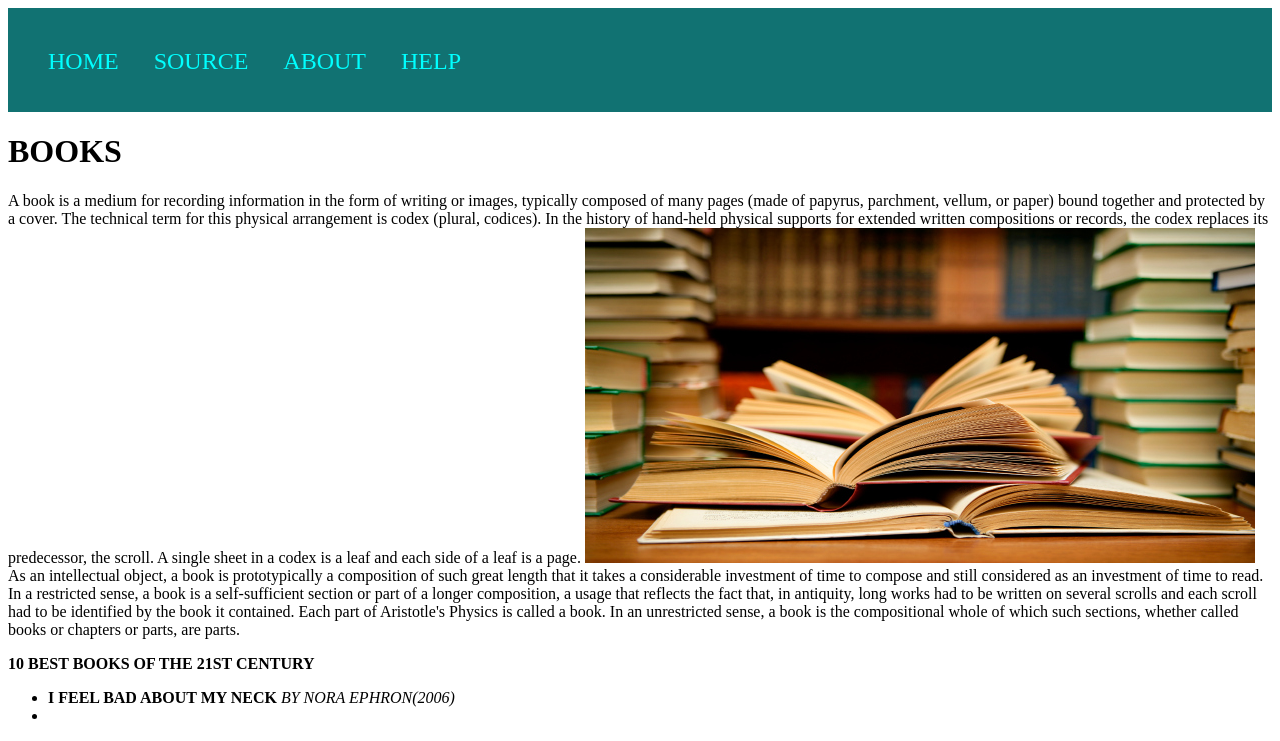
Repository: Hanan-arts/websites
Page: 01 web design/website.html
The author's editor kept a copy of each file at every save. The page is drawn from the files as they stood at one save, then again after the next save.
The browser window is 1280 px wide. The pictures show the whole page.

Above is the page before, as saved 2021-02-13 21:21:49.

After the next save:
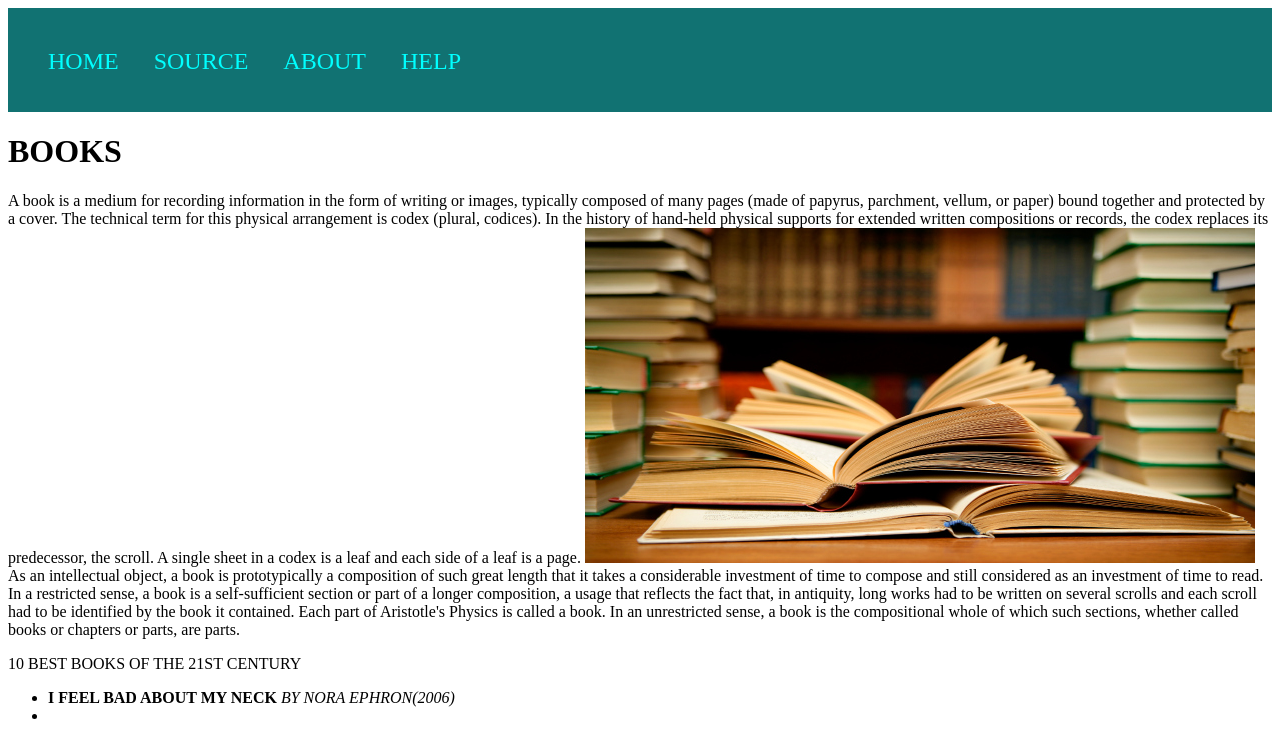
Saved 7 s later.
--- a/01 web design/website.html
+++ b/01 web design/website.html
@@ -47,7 +47,7 @@ In an unrestricted sense, a book is the compositional whole of which such sectio
 or chapters or parts,
 are parts.
 </body>
-<p><b>10 BEST BOOKS OF THE 21ST CENTURY</b></p>
+<p><h1<b>10 BEST BOOKS OF THE 21ST CENTURY</b></p>
 <p>
     <div>
         <ul>
